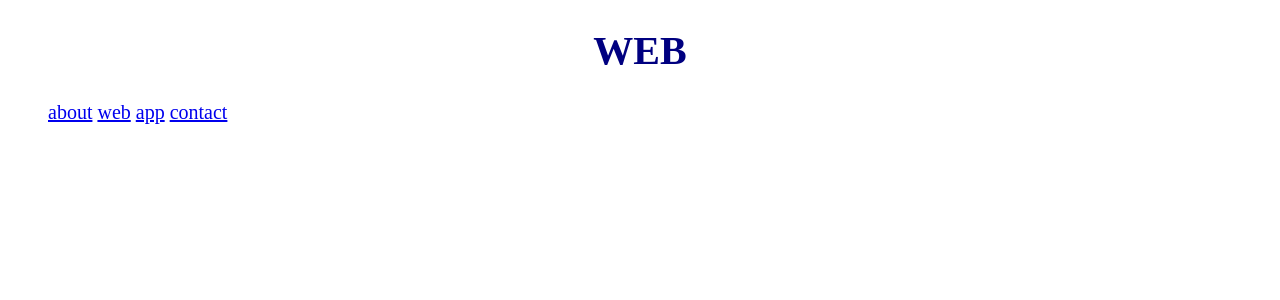
Repository: bainesface/bainesface.github.io
Page: web.html
These files come from the project's save history. The page is drawn as it stood at one moment and after the next save; the edit follows.
The browser window is 1280 px wide. The pictures show the whole page.

Above is the page before, as saved 2020-04-27 12:20:59.

After the next save:
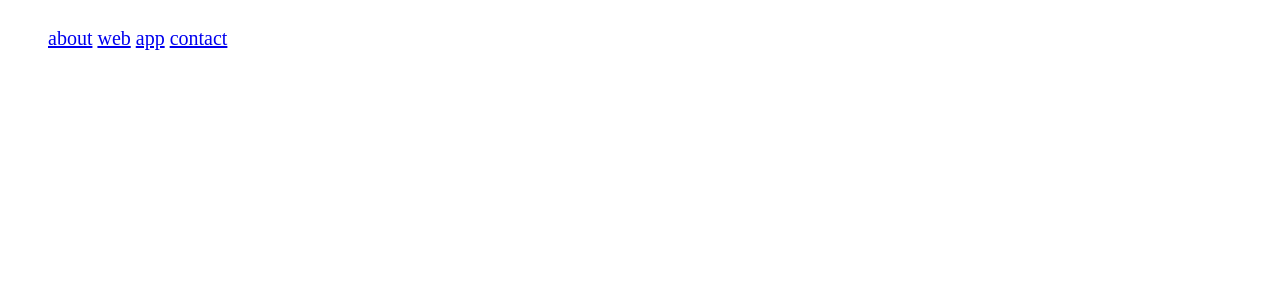
Saved 39 s later.
--- a/web.html
+++ b/web.html
@@ -9,7 +9,7 @@
   </head>
   <body>
     <h1 class="title">
-      <center>WEB</center>
+      <center></center>
     </h1>
     <menu class="menu"
       ><a href="about.html"> about</a>

After the save that followed:
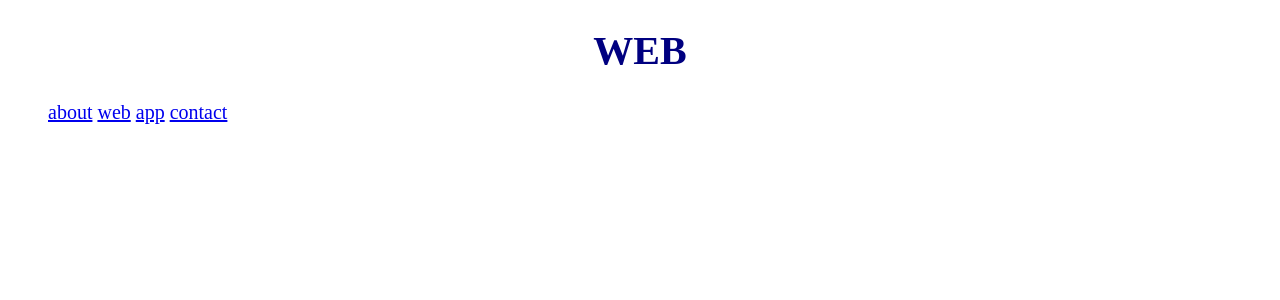
Saved 13 s later.
--- a/web.html
+++ b/web.html
@@ -9,7 +9,7 @@
   </head>
   <body>
     <h1 class="title">
-      <center></center>
+      <center>WEB</center>
     </h1>
     <menu class="menu"
       ><a href="about.html"> about</a>
